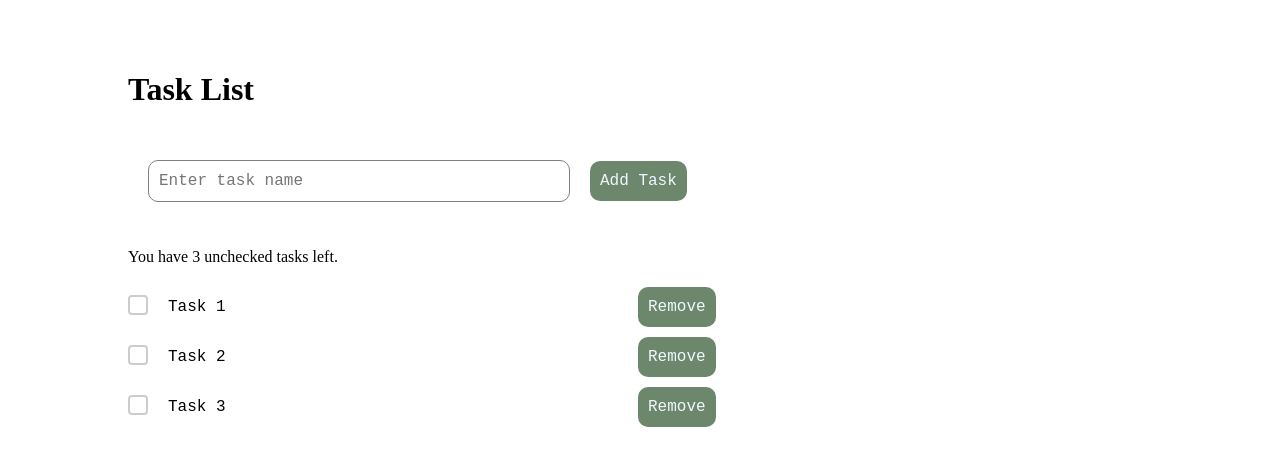
Repository: SandyLy453/task-list
Page: /
An editor plug-in stored every save of this project. The page is shown before and after the next save, followed by the edit.
The browser window is 1280 px wide. The pictures show the whole page.
The project was rebuilt for these pictures with package versions that can differ from the ones it lists, and the page was loaded fresh each time. Also part of the build but not shown: vite.config.js.

Above is the page before, as saved 2024-10-11 15:37:27.

### src/App.jsx
import { useState } from 'react';
import Task from './components/Task';
import TaskForm from './components/TaskForm';

function App() {
  const [tasks, setTasks] = useState([
    { name: 'Task 1', checked: false },
    { name: 'Task 2', checked: false },
    { name: 'Task 3', checked: false }
  ]);

  // Function to calculate the number of unchecked tasks
  const getUncheckedCount = () => {
    return tasks.filter((task) => !task.checked).length;
  };

  // Function to add a new task
  const addTask = (taskName) => {
    setTasks([...tasks, { name: taskName, checked: false }]); // New tasks are unchecked by default
  };

  // Function to remove a task
  const removeTask = (taskName) => {
    setTasks(tasks.filter((task) => task.name !== taskName));
  };

  // Function to toggle the task status
  const toggleTaskStatus = (taskName) => {
    const updatedTasks = tasks.map((task) =>
      task.name === taskName ? { ...task, checked: !task.checked } : task
    );
    setTasks(updatedTasks); // Update the task's checked status in the parent state
  };

  return (
    <>
      <div className="container">
        <h1>Task List</h1>
        <TaskForm addTask={addTask} />
        <p>You have {getUncheckedCount()} unchecked tasks left.</p>
        <div>
          {tasks.map((task, index) => (
            <Task
              key={index}
              name={task.name}
              checked={task.checked}
              toggleTaskStatus={toggleTaskStatus}
              removeTask={removeTask}
            />
          ))}
        </div>
      </div>
    </>
  );
}

export default App;

### src/index.css
.container {
  padding: 20px;
  margin: 30px 100px;
}

.inputBox {
  padding: 10px 0 10px 0;
}

.input {
  height: 20px;
  width: 400px;
  padding: 10px;
  font-size: 16px;
  font-family: monospace;
  margin: 20px;
  border-radius: 10px;
  border: 1px solid gray;
}

.sm-btn{
  height: 40px;
  padding: 10px;
  font-size: 16px;
  font-family: monospace;
  background-color: rgb(108, 135, 108);
  color: aliceblue;
  border: none;
  border-radius: 10px;
}

.sm-btn:hover {
  background-color: rgb(84, 103, 84);
}

.task {
  display: flex;
  flex-direction: row;
  align-items: center;
  gap: 20px;
}

.checkBox {
  width: 20px;
  height: 20px;
  appearance: none;
  background-color: white;
  border: 2px solid #ccc;
  border-radius: 4px;
  cursor: pointer;
  position: relative;
  margin: 6px 0;
}

.checkBox:checked {
  background-color: rgb(108, 135, 108);
}

.checkBox:checked::after {
  content: "";
  display: block;
  width: 4px;
  height: 10px;
  border: solid white;
  border-width: 0 2px 2px 0;
  transform: rotate(45deg);
  position: absolute;
  top: 0px;
  left: 5px;
}

.content {
  width: 450px;
  display: flex;
  word-wrap: normal;
  font-family: monospace;
  font-size: 16px;
}

.task-delete {
  height: 40px;
  padding: 10px;
  font-size: 16px;
  font-family: monospace;
  background-color: rgb(108, 135, 108);
  color: aliceblue;
  border: none;
  border-radius: 10px;
}

### src/components/Task.jsx
import { useRef, useEffect } from "react";

export default function Task({ name, checked, removeTask, toggleTaskStatus }) {
  const checkboxRef = useRef(null);
  const taskNameRef = useRef(null);

  useEffect(() => {
    const checkbox = checkboxRef.current;
    const crossText = taskNameRef.current;

    // Handle the initial checked state
    if (checked) {
      checkbox.checked = true;
      crossText.style.textDecoration = "line-through";
    } else {
      checkbox.checked = false;
      crossText.style.textDecoration = "none";
    }

    const handleCheckBoxChange = () => {
      toggleTaskStatus(name);
    };

    checkbox.addEventListener("change", handleCheckBoxChange);

    return () => {
      checkbox.removeEventListener("change", handleCheckBoxChange);
    };
  }, [name, checked, toggleTaskStatus]);

  return (
    <>
      <div className="task">
        <label>
          <input type="checkbox" ref={checkboxRef} className="checkBox"/>
        </label>
        <p ref={taskNameRef} className="content">{name}</p>
        <button className="task-delete" onClick={() => removeTask(name)}>
          Remove
        </button>
      </div>
    </>
  );
}

### src/components/TaskForm.jsx
import { useState } from "react";

export default function TaskForm({ addTask }) {
  const [inputValue, setInputValue] = useState("");

  const handleSubmit = (e) => {
    e.preventDefault();
    if (inputValue.trim() !== "") {
      addTask(inputValue);
      setInputValue(""); // clear the input
    }
  };

  return (
    <form onSubmit={handleSubmit} className="inputBox">
      <input
        type="text"
        value={inputValue}
        onChange={(e) => setInputValue(e.target.value)}
        placeholder="Enter task name"
        className="input"
      />
      <button type="submit" className="sm-btn">Add Task</button>
    </form>
  );
}

Loaded but not shown: index.html (common file); src/main.jsx (common file)

After the next save:
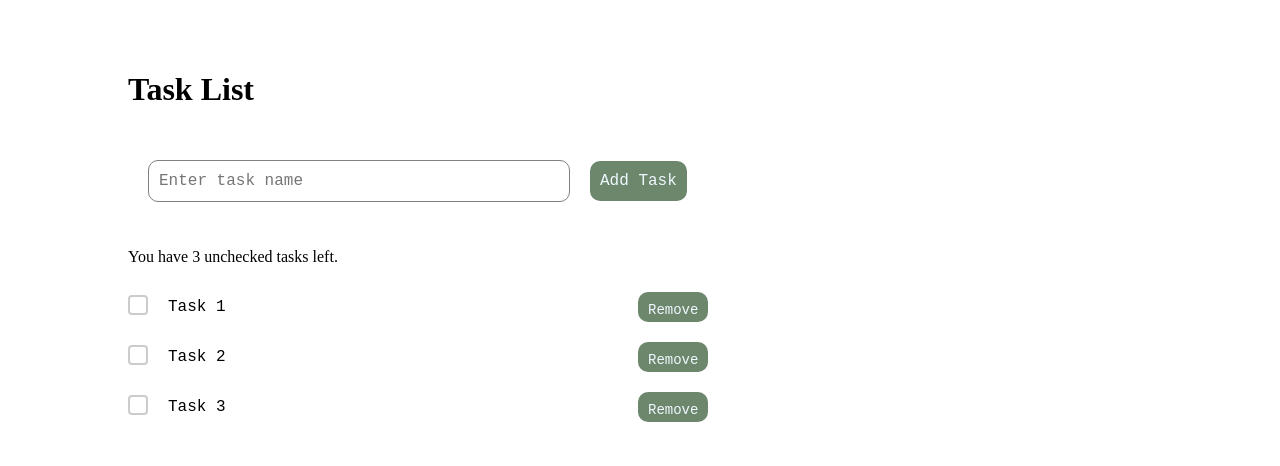
Saved 15 s later.
--- a/src/index.css
+++ b/src/index.css
@@ -78,9 +78,9 @@
 }
 
 .task-delete {
-  height: 40px;
+  height: 30px;
   padding: 10px;
-  font-size: 16px;
+  font-size: 14px;
   font-family: monospace;
   background-color: rgb(108, 135, 108);
   color: aliceblue;
